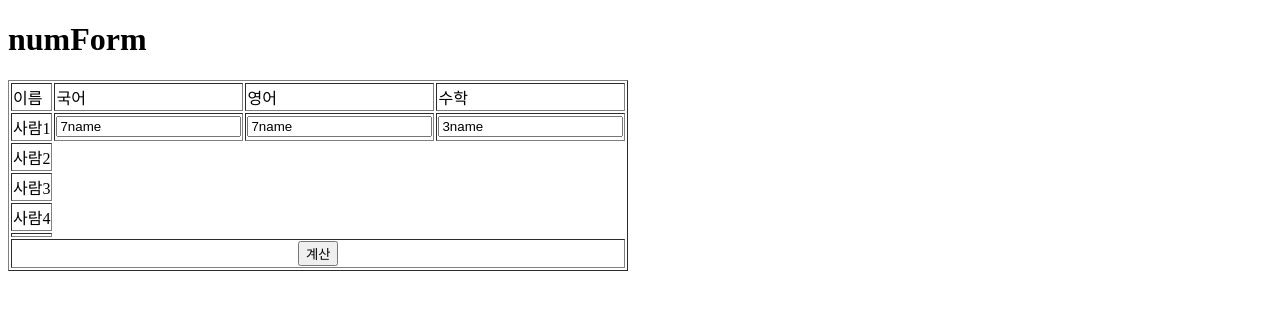
Repository: Jhoon0211/java_work
Page: http://localhost/jspProj/request/numForm2.jsp
These files come from the project's save history. The page is drawn as it stood at one moment and after a run of saves; the edit follows.
The browser window is 1280 px wide. The pictures show the whole page.
The page is served by Tomcat 9. Other server files are loaded and not shown.

Above is the page before, as saved 2023-07-27 09:22:17.

### jspProj/src/main/webapp/request/numForm2.jsp
<%@ page language="java" contentType="text/html; charset=UTF-8"
    pageEncoding="UTF-8"%>
<!DOCTYPE html>
<html>
<head>
<meta charset="UTF-8">
<title>Insert title here</title>
</head>
<body>
<%-- <%
	String[] korSco = request.getParameterValues("kor");
	String[] engSco = request.getParameterValues("eng");
	String[] mathSco = request.getParameterValues("math");

	// 총점
    int sum = 0; // 총점
    int num = Integer.parseInt(str); // str을 정수형으로 형변환
	sum ++; // 값을 누적


    // 평균
    int sum1 = 0;
    int avg = 0; // 짝수들의 평균 값
	int count = 0; // 개수

	for (String str : noArr) {
		int intValue = Integer.parseInt(str);
		if(intValue % 2 == 0) {  // args 값이 짝수면
			sum1 += intValue;
			count++;

		}
	}
	avg = sum1 / count;
	System.out.println("평균 : " + avg);
%> --%>
<h1>numForm</h1>
	<form action="numForm2.jsp">
		<table border="">
			<tr>
				<td>이름</td>
				<td>국어</td>
				<td>영어</td>
				<td>수학</td>
			</tr>
			<tr>
				<td>사람1</td>
				<td><input type="text" name="student" value="<%=(int)(Math.random()*10) + "name" %>"/></td>
				<td><input type="text" name="student" value="<%=(int)(Math.random()*10) + "name" %>"/></td>
				<td><input type="text" name="student" value="<%=(int)(Math.random()*10) + "name" %>"/></td>
			</tr>
			<tr>
				<td>사람2</td>
			</tr>
			<tr>
				<td>사람3</td>
			</tr>
			<tr>
				<td>사람4</td>
			</tr>
			<tr>
				<td>

				</td>
			</tr>


			<tr>
				<td colspan="4" align="center">
					<input type="submit" value="계산" />
				</td>
			</tr>
		</table>
	</form>
</body>
</html>

After the next 2 saves:
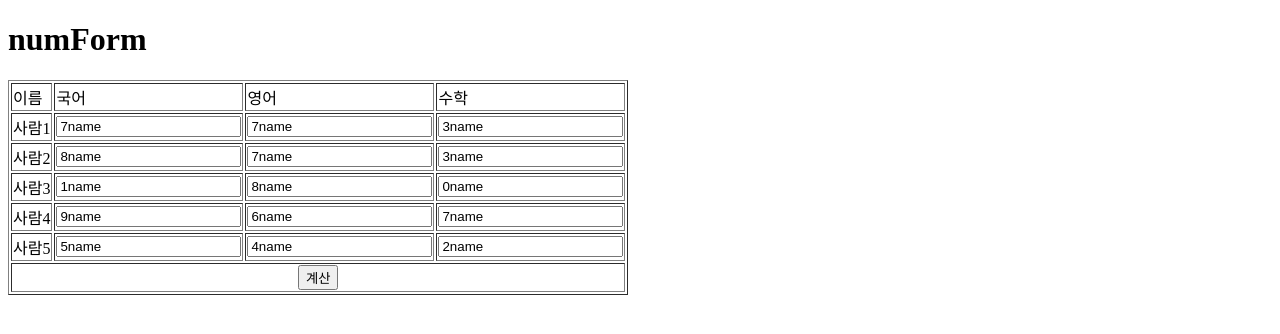
The 2 saves are shown as one change because they came seconds apart.
The last was saved 32 s later.
--- a/jspProj/src/main/webapp/request/numForm2.jsp
+++ b/jspProj/src/main/webapp/request/numForm2.jsp
@@ -51,17 +51,27 @@
 			</tr>
 			<tr>
 				<td>사람2</td>
+				<td><input type="text" name="student" value="<%=(int)(Math.random()*10) + "name" %>"/></td>
+				<td><input type="text" name="student" value="<%=(int)(Math.random()*10) + "name" %>"/></td>
+				<td><input type="text" name="student" value="<%=(int)(Math.random()*10) + "name" %>"/></td>
 			</tr>
 			<tr>
 				<td>사람3</td>
+				<td><input type="text" name="student" value="<%=(int)(Math.random()*10) + "name" %>"/></td>
+				<td><input type="text" name="student" value="<%=(int)(Math.random()*10) + "name" %>"/></td>
+				<td><input type="text" name="student" value="<%=(int)(Math.random()*10) + "name" %>"/></td>
 			</tr>
 			<tr>
 				<td>사람4</td>
+				<td><input type="text" name="student" value="<%=(int)(Math.random()*10) + "name" %>"/></td>
+				<td><input type="text" name="student" value="<%=(int)(Math.random()*10) + "name" %>"/></td>
+				<td><input type="text" name="student" value="<%=(int)(Math.random()*10) + "name" %>"/></td>
 			</tr>
 			<tr>
-				<td>
-
-				</td>
+				<td>사람5</td>
+				<td><input type="text" name="student" value="<%=(int)(Math.random()*10) + "name" %>"/></td>
+				<td><input type="text" name="student" value="<%=(int)(Math.random()*10) + "name" %>"/></td>
+				<td><input type="text" name="student" value="<%=(int)(Math.random()*10) + "name" %>"/></td>
 			</tr>
 
 
